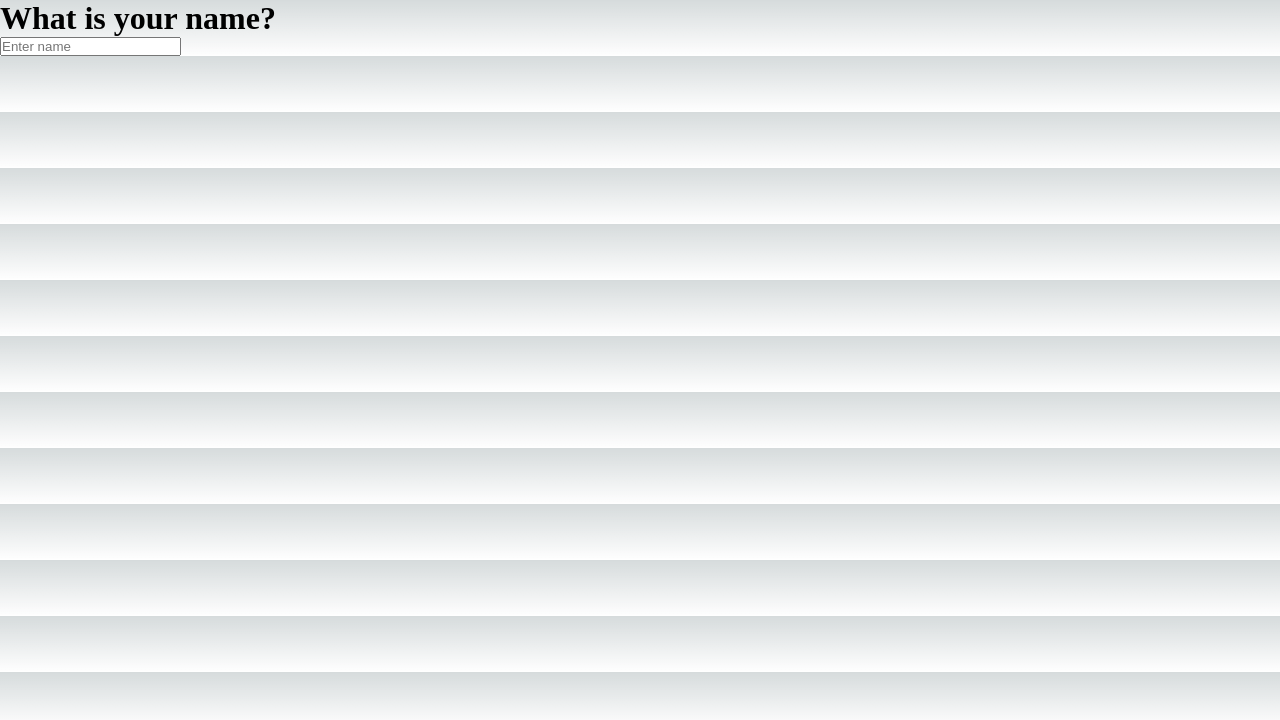
Repository: jennydmcm/passing-values
Page: /Survey
These files come from the project's save history. The page is drawn as it stood at one moment and after the next save; the edit follows.
The browser window is 1280 px wide. The pictures show the whole page.
The project was rebuilt for these pictures with package versions that can differ from the ones it lists, and the page was loaded fresh each time. The framework's server and built-in components were replaced by stand-ins that run in the browser. Also part of the build but not shown: next.config.js.

Above is the page before, as saved 2023-02-09 14:21:49.

After the next save:
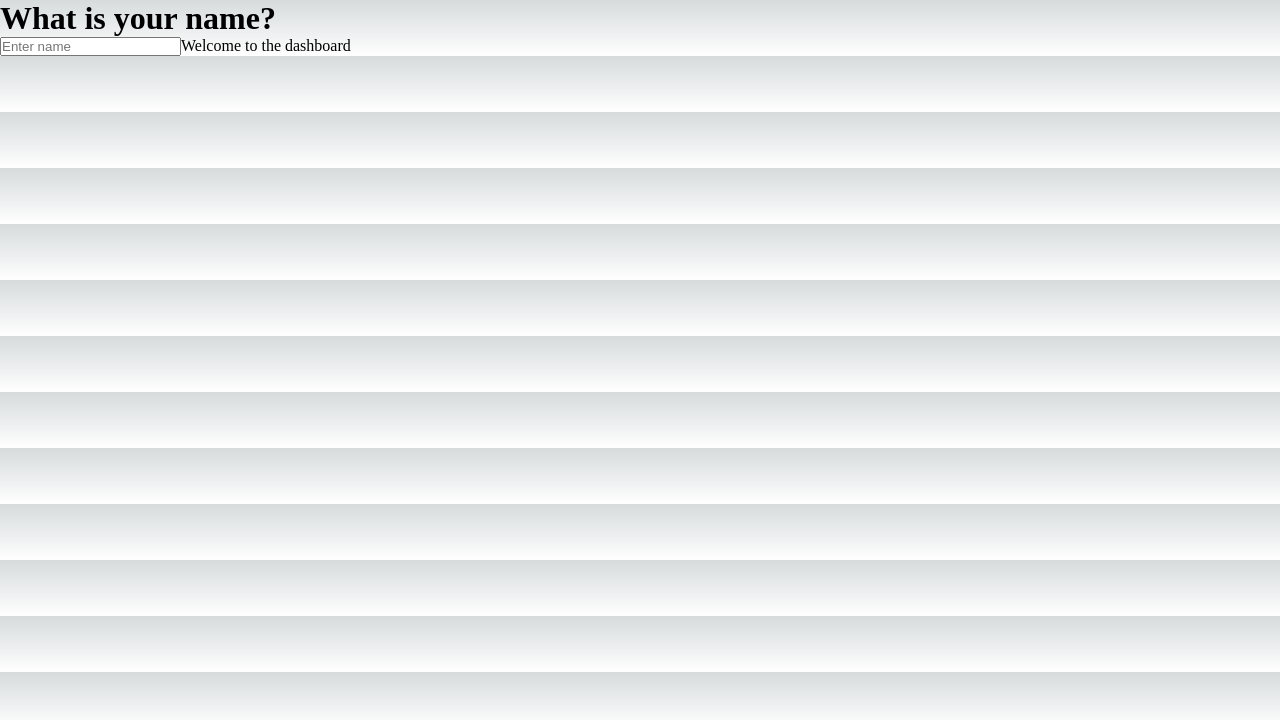
Saved 3 s later.
--- a/pages/Survey.js
+++ b/pages/Survey.js
@@ -23,8 +23,10 @@
           onKeyDown={passName}
           type="text"
         />
+
+        <div style={{ display: isActiveTwo ? "block" : "none" }}></div>
+        <Dashboard passName={name}></Dashboard>
       </div>
-      <div style={{ display: isActiveTwo ? "block" : "none" }}></div>
     </div>
   );
 }

After the 2 saves that followed:
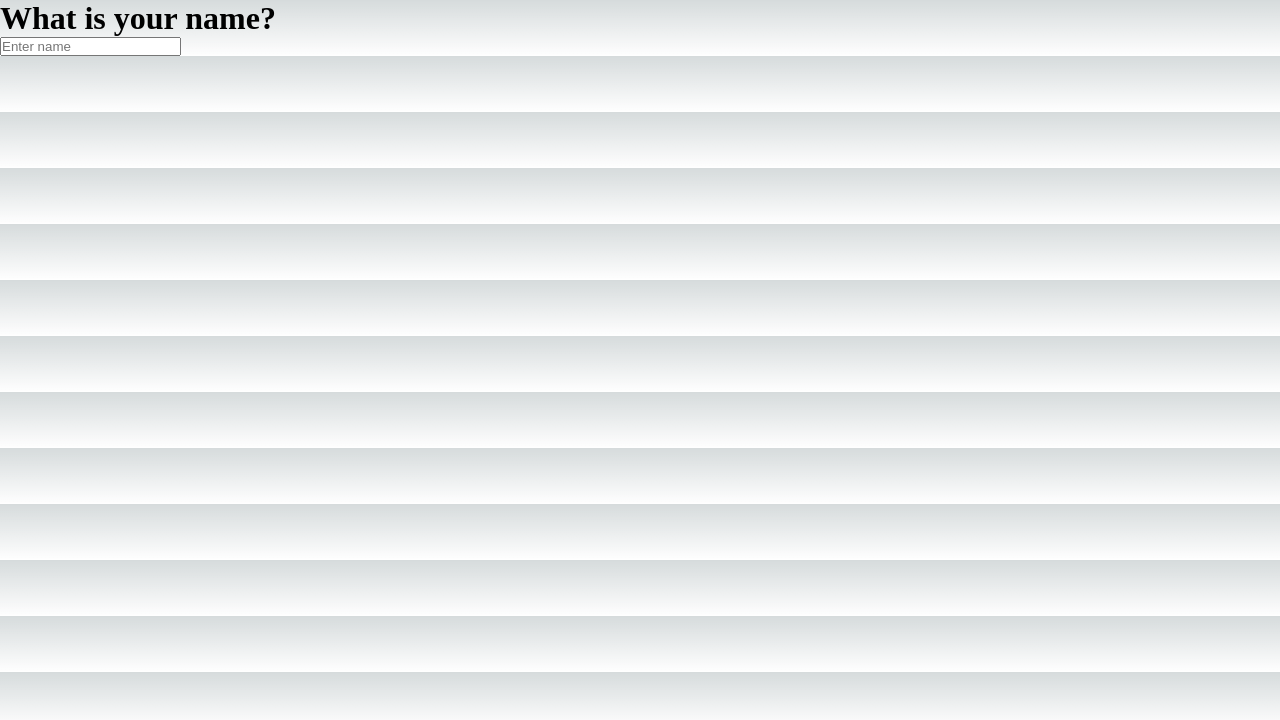
The 2 saves are shown as one change because 1 left the picture as it was.
The last was saved 6 min 45 s later.
--- a/pages/Survey.js
+++ b/pages/Survey.js
@@ -24,8 +24,11 @@
           type="text"
         />
 
-        <div style={{ display: isActiveTwo ? "block" : "none" }}></div>
-        <Dashboard passName={name}></Dashboard>
+        <div style={{ display: isActiveTwo ? "block" : "none" }}>
+
+          <Dashboard passName={name}></Dashboard>
+        </div>
+
       </div>
     </div>
   );
--- a/pages/Dashboard.js
+++ b/pages/Dashboard.js
@@ -1,3 +1,5 @@
 export default function Dashboard({ passName }) {
-  return <>Welcome to the dashboard {passName}</>;
+  return(
+     <>Welcome to the dashboard {passName}</>
+  )
 }
